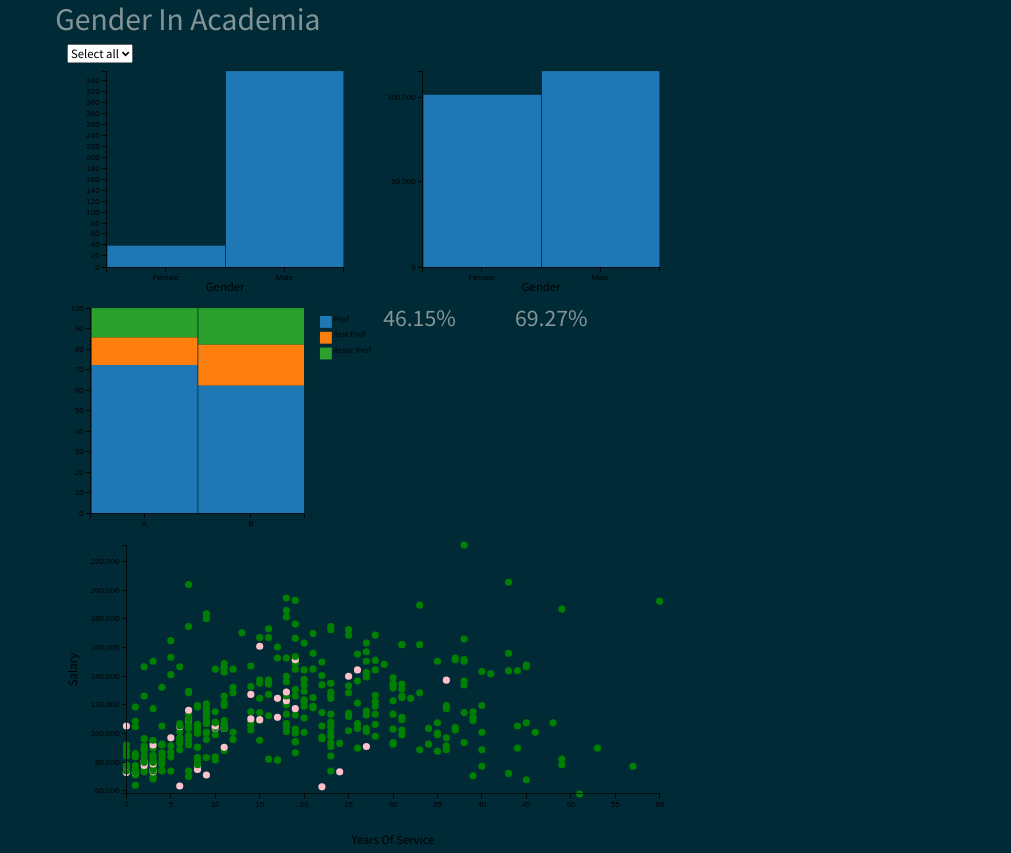
Repository: rafaljanos/Dashboard
Page: Index.html
The author's editor kept a record of every edit. The page is drawn from the files as they stood at one moment, then again after the next edit.
The browser window is 1280 px wide. The pictures show the whole page, at 79% of full size.

Above is the page before.

After the next edit:
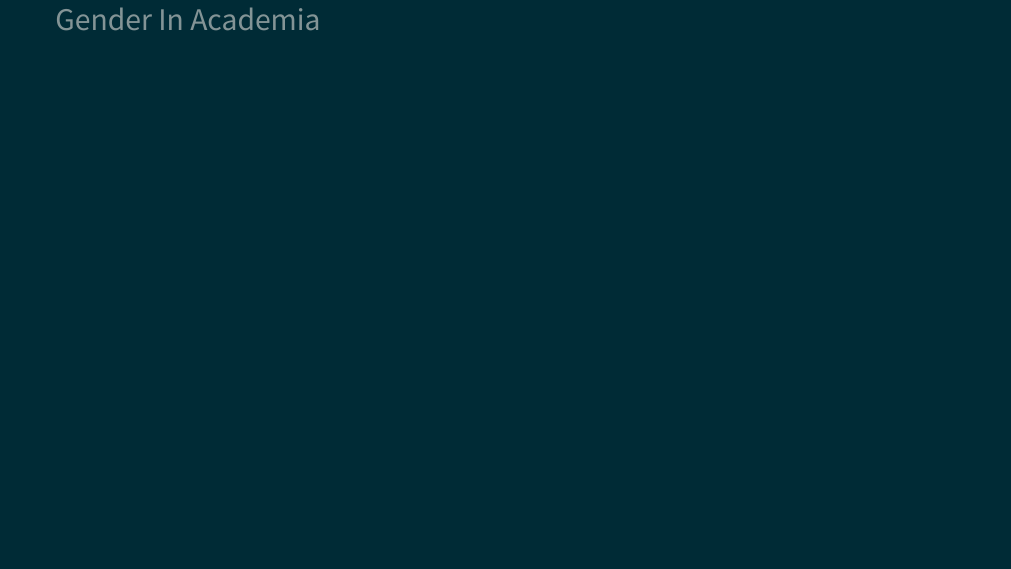
Console error: ReferenceError: experienceDim is not defined
The edit:
--- a/static/js/graph.js
+++ b/static/js/graph.js
@@ -255,9 +255,9 @@
         .domain(["Female", "Male"])
         .range(["pink", "green"]);
 
-    var eDim = ndx.dimension(dc.pluck("yrs_service"));
-    var experienceDim = ndx.dimension(function(d) {             //extrackts 2 pieces of info
-        return [d.yrs_service, d.salary, d.rank, d.sex];        //years of service and salary
+    var pDim = ndx.dimension(dc.pluck("yrs_since_phd"));
+    var phdDim = ndx.dimension(function(d) {             //extrackts 2 pieces of info
+        return [d.yrs_since_phd, d.salary, d.rank, d.sex];        //years of service and salary
     });             //0         //1        //2    //3
     var experienceSalaryGroup = experienceDim.group();
 

After the 6 edits that followed:
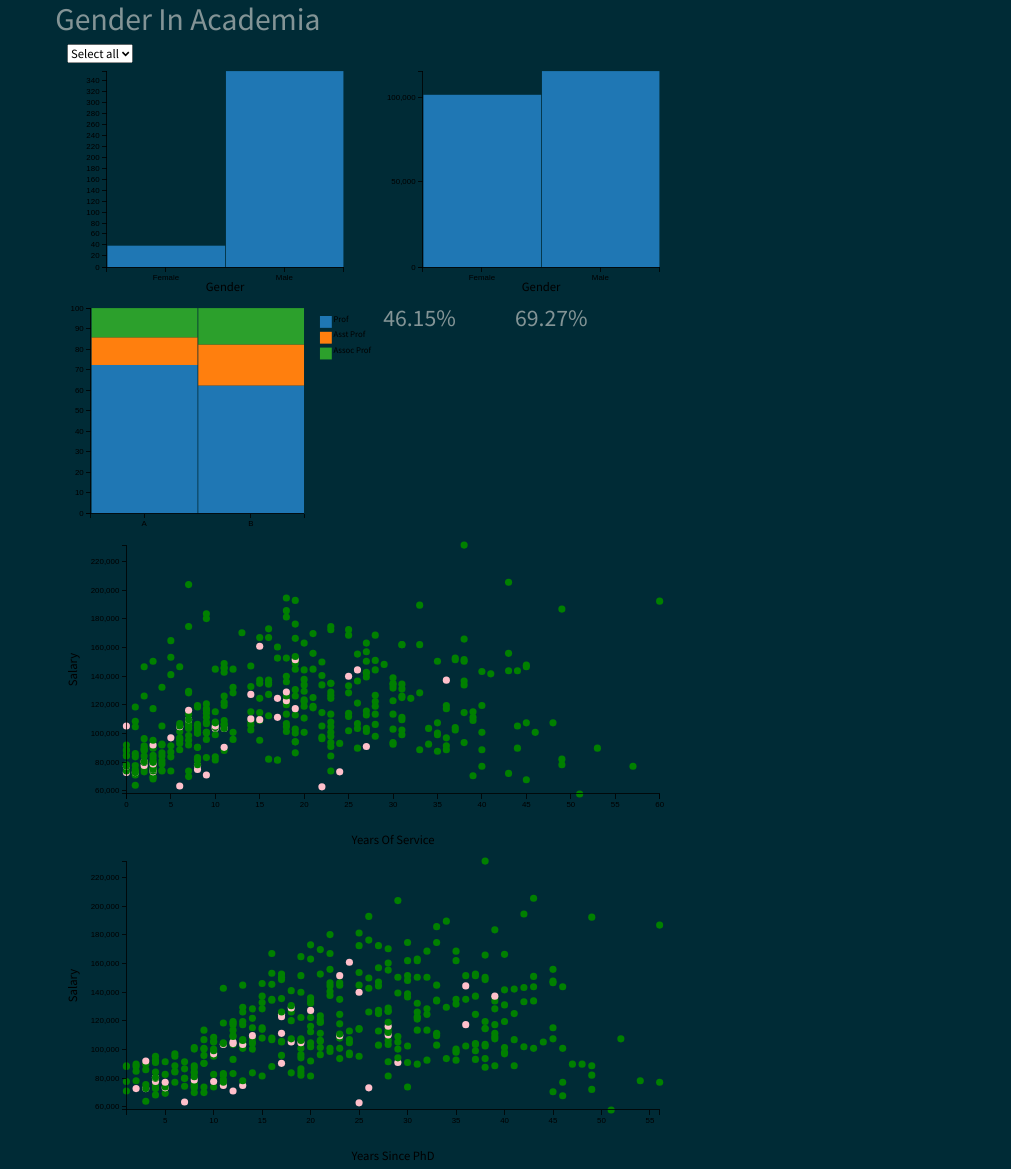
The error is gone.
The 6 edits are shown as one change because 5 left the picture as it was.
The edit:
--- a/static/js/graph.js
+++ b/static/js/graph.js
@@ -259,20 +259,20 @@
     var phdDim = ndx.dimension(function(d) {             //extrackts 2 pieces of info
         return [d.yrs_since_phd, d.salary, d.rank, d.sex];        //years of service and salary
     });             //0         //1        //2    //3
-    var experienceSalaryGroup = experienceDim.group();
-
-    var minExperience = eDim.bottom(1)[0].yrs_service;
-    var maxExperience = eDim.top(1)[0].yrs_service;
-
-    dc.scatterPlot("#service-salary")
+    var phdSalaryGroup = phdDim.group();
+
+    var minPhd = pDim.bottom(1)[0].yrs_since_phd;
+    var maxPhd = pDim.top(1)[0].yrs_since_phd;
+
+    dc.scatterPlot("#phd-salary")
         .width(800)
         .height(400)
-        .x(d3.scale.linear().domain([minExperience, maxExperience]))
+        .x(d3.scale.linear().domain([minPhd, maxPhd]))
         .brushOn(false)
         .symbolSize(8)
         .clipPadding(10)
         .yAxisLabel("Salary")
-        .xAxisLabel("Years Of Service")
+        .xAxisLabel("Years Since PhD")
         .title(function(d) {                        //apear when hovered with mouse
             return d.key[2] + " earned " + d.key[1];
         })
@@ -280,7 +280,7 @@
             return d.key[3];  //3 is d.rank
         })
         .colors(genderColors)           //adding colors genderColors
-        .dimension(experienceDim)
-        .group(experienceSalaryGroup)
+        .dimension(phdDim)
+        .group(phdSalaryGroup)
         .margins({top: 10, right: 50, bottom: 75, left: 75});
 }
